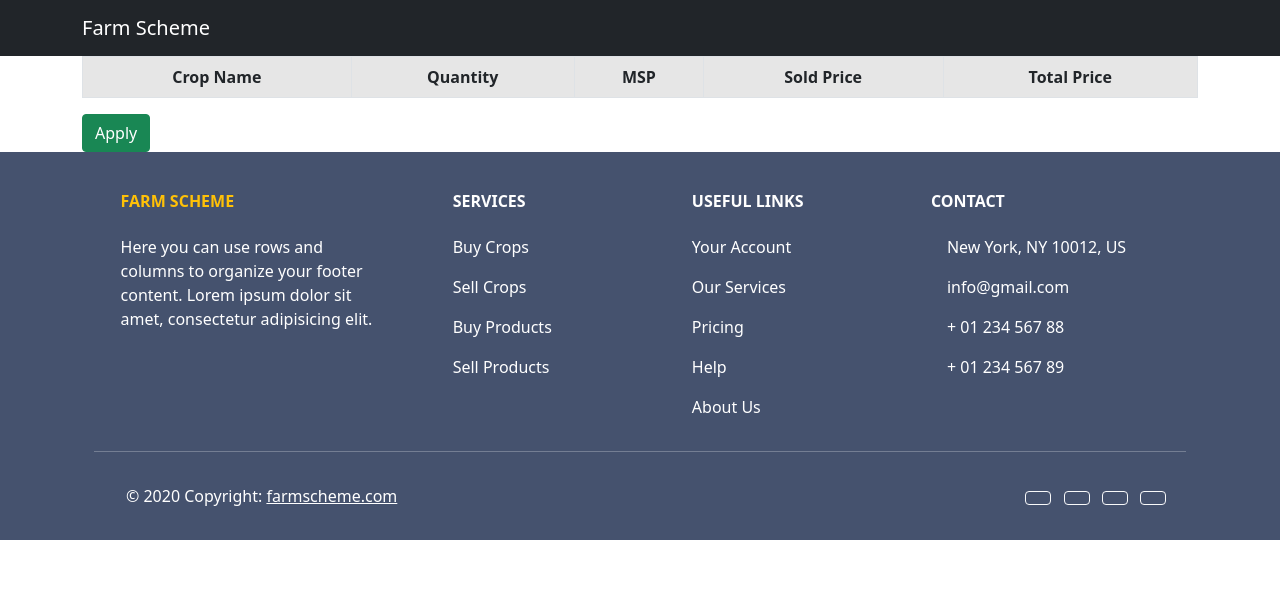
Repository: lavakumar17/Farmscheme
Page: http://localhost/demo/farmer/sold_history.jsp
These files come from the project's save history. The page is drawn as it stood at one moment and after the next save; the edit follows.
The browser window is 1280 px wide. The pictures show the whole page.
The page is served by Tomcat 9.

Above is the page before, as saved 2022-06-23 04:15:33.

After the next save:
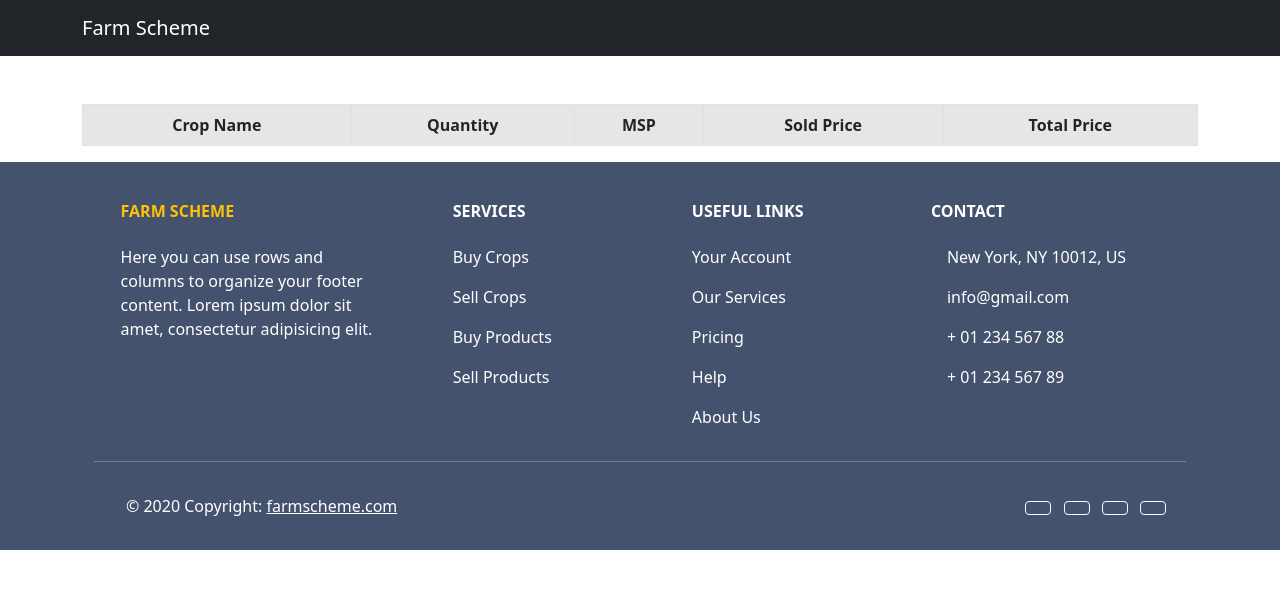
Saved 59 s later.
--- a/MainProject/demo/src/main/webapp/farmer/sold_history.jsp
+++ b/MainProject/demo/src/main/webapp/farmer/sold_history.jsp
@@ -33,7 +33,7 @@
           </ul>
         </div>
       </div>
-    </nav>
+    </nav><br><br>
 <section>
 <div class="container">
 <table class="table table-bordered table-striped text-center table-responsive-md">
@@ -54,7 +54,6 @@
 </tr>
 </c:forEach>
 </table>
-<button class="btn btn-success" type="submit" href="javascript:document.insuranceApplyForm.submit()">Apply</button>
 </div>
 </section>
 <!-- footer -->
